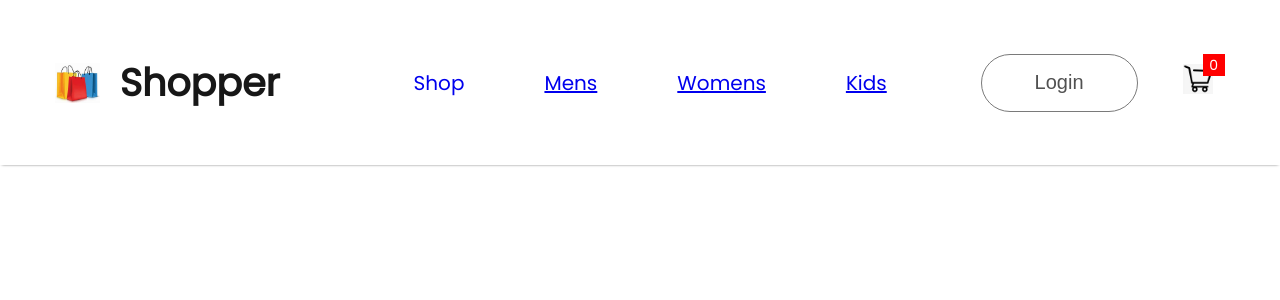
Repository: sshaiv/Shoppie_EcommerceAPP
Page: /
These files come from the project's save history. The page is drawn as it stood at one moment and after a run of saves; the edit follows.
The browser window is 1280 px wide. The pictures show the whole page.
The project was rebuilt for these pictures with package versions that can differ from the ones it lists, and the page was loaded fresh each time. Also part of the build but not shown: src/App.css, src/Components/Pages/ShopCategory.jsx, src/Components/Pages/Product.jsx, src/Components/Pages/Cart.jsx, src/Components/Pages/LoginSignup.jsx.

Above is the page before, as saved 2024-07-16 15:16:31.

### public/index.html
<!DOCTYPE html>
<html lang="en">
  <head>
    <meta charset="utf-8" />
    <link rel="icon" href="%PUBLIC_URL%/favicon.ico" />
    <meta name="viewport" content="width=device-width, initial-scale=1" />
    <meta name="theme-color" content="#000000" />
    <meta
      name="description"
      content="Web site created using create-react-app"
    />
    <link rel="apple-touch-icon" href="%PUBLIC_URL%/logo192.png" />
    <!--
      manifest.json provides metadata used when your web app is installed on a
      user's mobile device or desktop. See https://developers.google.com/web/fundamentals/web-app-manifest/
    -->
    <link rel="manifest" href="%PUBLIC_URL%/manifest.json" />
    <!--
      Notice the use of %PUBLIC_URL% in the tags above.
      It will be replaced with the URL of the `public` folder during the build.
      Only files inside the `public` folder can be referenced from the HTML.

      Unlike "/favicon.ico" or "favicon.ico", "%PUBLIC_URL%/favicon.ico" will
      work correctly both with client-side routing and a non-root public URL.
      Learn how to configure a non-root public URL by running `npm run build`.
    -->
    <link rel="preconnect" href="https://fonts.googleapis.com">
    <link rel="preconnect" href="https://fonts.gstatic.com" crossorigin>
    <link href="https://fonts.googleapis.com/css2?family=Poppins&display=swap" rel="stylesheet">
    <title>E-Commerce</title>
  </head>
  <body>
    <noscript>You need to enable JavaScript to run this app.</noscript>
    <div id="root"></div>
    <!--
      This HTML file is a template.
      If you open it directly in the browser, you will see an empty page.

      You can add webfonts, meta tags, or analytics to this file.
      The build step will place the bundled scripts into the <body> tag.

      To begin the development, run `npm start` or `yarn start`.
      To create a production bundle, use `npm run build` or `yarn build`.
    -->
  </body>
</html>

### src/index.css
body {
  margin: 0;
  font-family: -apple-system, BlinkMacSystemFont, 'Segoe UI', 'Roboto', 'Oxygen',
    'Ubuntu', 'Cantarell', 'Fira Sans', 'Droid Sans', 'Helvetica Neue',
    sans-serif;
  -webkit-font-smoothing: antialiased;
  -moz-osx-font-smoothing: grayscale;

 font-family:'Poppins';

}

code {
  font-family: source-code-pro, Menlo, Monaco, Consolas, 'Courier New',
    monospace;
}

### src/App.js
import React from 'react'
import './App.css'
import Navbar from './Components/Navbar/Navbar';
import { BrowserRouter,Routes,Route } from 'react-router-dom';
import ShopCategory from './Components/Pages/ShopCategory';
import Product from './Components/Pages/Product';
import Cart from './Components/Pages/Cart';
import LoginSignup from './Components/Pages/LoginSignup';
const App = () => {
  return (
    <div>
      <BrowserRouter>
      <Navbar/>
      <Routes>
      <Route path='/' element={<shop/>}/>
      <Route path='/mens' element={<ShopCategory category='mens'/>}/>
      <Route path='/womens' element={<ShopCategory category='women'/>}/>
      <Route path='/kids' element={<ShopCategory category='kids'/>}/>
      <Route path='/product' element={<Product/>}/>
      <Route path=':productID' element={<Product/>}/>
      <Route path='/cart' element={<Cart/>}/>
      <Route path='/login' element={<LoginSignup/>}/>

      </Routes>
      </BrowserRouter>


    </div>
  )
}

export default App;

### src/Components/Navbar/Navbar.jsx
import React, { useState } from 'react'
import './Navbar.css'
import logo from '../Assets/logo.png'
import cart_icon from '../Assets/cart_icon.png'
import { Link } from 'react-router-dom'

const Navbar = () => {
const [menu,setMenu]=useState("shop");

  return (
    <div>
      <div className='navbar'>
        <div className='nav-logo'>
          <img src={logo} alt="Logo" />
          <p>Shopper</p>
        </div>
        <ul className='nav-menu'>
            <li onClick={()=>{setMenu("shop")}}><Link style={{textDecoration:'none'}} to='/'>Shop </Link>{menu==="shop"? <hr/> :<></>}   </li>
            <li onClick={()=>{setMenu("mens")}}><Link to='/mens'>Mens</Link> {menu==="shop"? <hr/> :<></>} </li>
            <li onClick={()=>{setMenu("womens")}}><Link to='/womens'>Womens </Link> {menu==="shop"? <hr/> :<></>} </li>
            <li onClick={()=>{setMenu("kids")}}><Link to='/kids'>Kids</Link> {menu==="shop"? <hr/> :<></>} </li>
        </ul>

        <div className="nav-login-cart">
          <Link to='/login'>  <button>Login</button></Link>
       <Link to='/cart'>   <img src={cart_icon} alt="" /></Link>
      <div className="nav-cart-count">0</div>
        </div>
      </div>
    </div>
  )
}

export default Navbar

### src/Components/Navbar/Navbar.css
.navbar{
    display: flex;
    justify-content: space-around;
    padding: 16px;
    box-shadow:0 1px 3px -2px black ;

}
.nav-logo{
    display:flex;
    align-items: center;
    gap: 10px;
}

.nav-logo p{
    color: #171717;
    font-size: 38px;
    font-weight: 600;
}
.nav-menu{
    display:flex;
    align-items:center;
    list-style: none;
    gap: 50px;
    color:#626262;
    font-size: 20px;
    font-weight: 500;

}


  .nav-logo img {
    height: 40px;
    margin-right: 10px;
  }



  .nav-menu li {
    margin: 0 15px;
    position: relative;
    cursor: pointer;
  }

  .nav-menu li:hover hr {
    display: block;
  }

  .nav-menu hr {
    display: none;
    width: 80%;
    height: 3px;
    border-radius: 10px;
    background-color:red;

  }

  .nav-login-cart {
    display: flex;
    align-items: center;
    gap: 45px;
  }

  .nav-login-cart button {
    width: 157px;
    height: 58px;
    outline: none;
    border: 1px solid #7a7a7a;
    border-radius: 75px;
    color:#515151;
    font-size: 20px;
    font-weight: 500;
    background: white;
    cursor: pointer;
  }

  .nav-login-cart button:active{
    background:#f3f3f3;
  }
  .nav-login-cart img {
    height: 30px;
    cursor: pointer;
  }
  .nav-cart-count{
    width: 22px;
    height: 22px;
    display: flex;
    justify-content: center;
    align-items:center;
    margin-top: -35px;
    margin-left: -55px;
    border: radius 11px;
    font-size: 14px;
    background-color:red;
    color:white;
  }

Loaded but not shown: src/index.js (common file); src/reportWebVitals.js (common file)

After the next 3 saves:
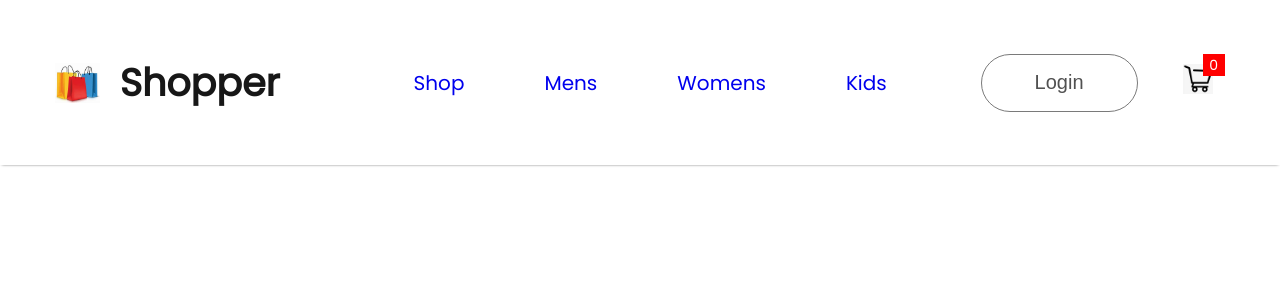
The 3 saves are shown as one change because they came seconds apart.
The last was saved 22 s later.
--- a/src/Components/Navbar/Navbar.jsx
+++ b/src/Components/Navbar/Navbar.jsx
@@ -16,9 +16,9 @@
         </div>
         <ul className='nav-menu'>
             <li onClick={()=>{setMenu("shop")}}><Link style={{textDecoration:'none'}} to='/'>Shop </Link>{menu==="shop"? <hr/> :<></>}   </li>
-            <li onClick={()=>{setMenu("mens")}}><Link to='/mens'>Mens</Link> {menu==="shop"? <hr/> :<></>} </li>
-            <li onClick={()=>{setMenu("womens")}}><Link to='/womens'>Womens </Link> {menu==="shop"? <hr/> :<></>} </li>
-            <li onClick={()=>{setMenu("kids")}}><Link to='/kids'>Kids</Link> {menu==="shop"? <hr/> :<></>} </li>
+            <li onClick={()=>{setMenu("mens")}}><Link style={{textDecoration:'none'}}  to='/mens'>Mens</Link> {menu==="shop"? <hr/> :<></>} </li>
+            <li onClick={()=>{setMenu("womens")}}><Link style={{textDecoration:'none'}}  to='/womens'>Womens </Link> {menu==="shop"? <hr/> :<></>} </li>
+            <li onClick={()=>{setMenu("kids")}}><Link style={{textDecoration:'none'}}  to='/kids'>Kids</Link> {menu==="shop"? <hr/> :<></>} </li>
         </ul>
 
         <div className="nav-login-cart">
